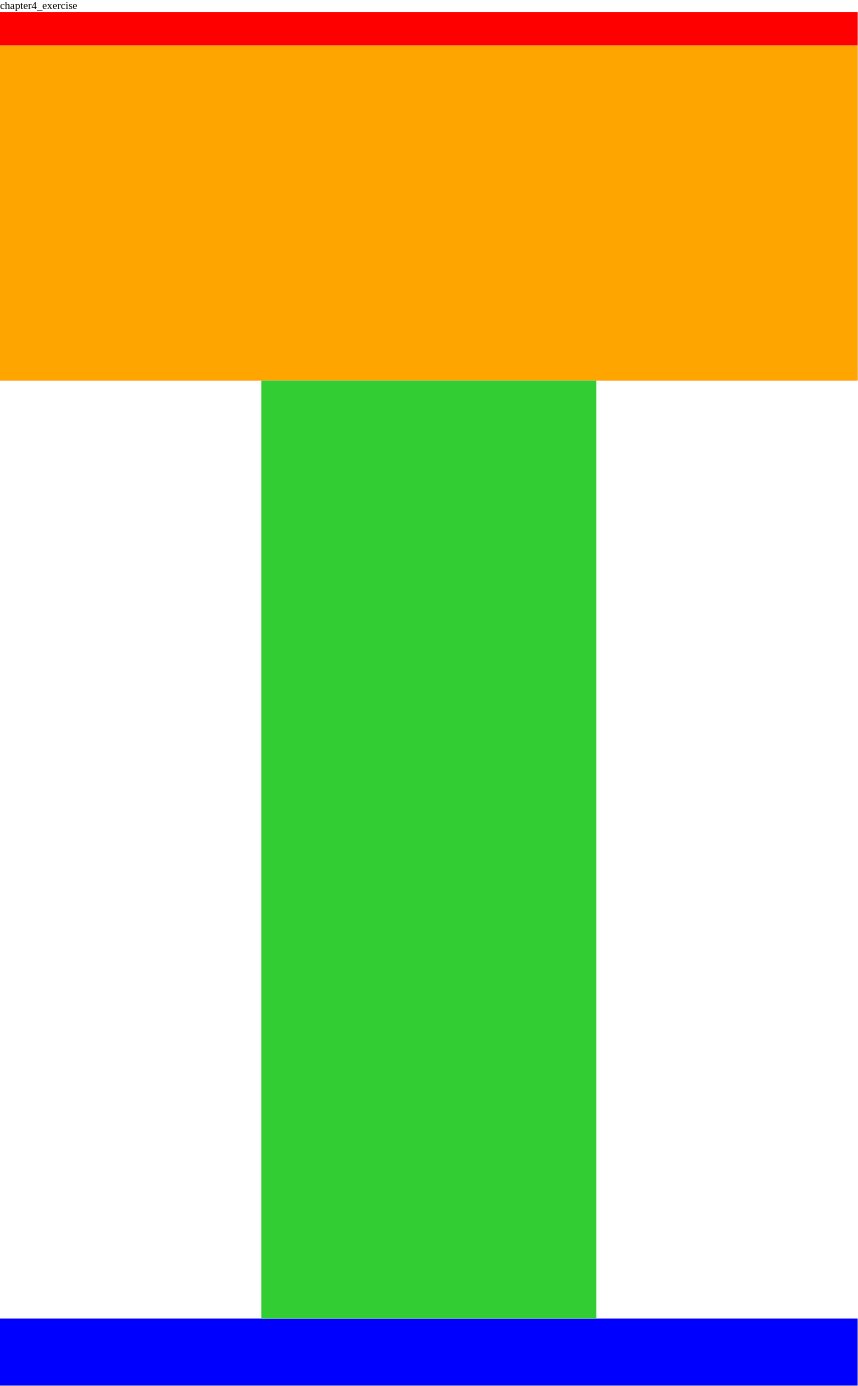
Repository: CarAll02/git-practice
Page: chapter4_exercise/index.html
The author's editor kept a record of every edit. The page is drawn from the files as they stood at one moment, then again after the next edit.
The browser window is 1280 px wide. The pictures show the whole page, at 67% of full size.

Above is the page before.

After the next edit:
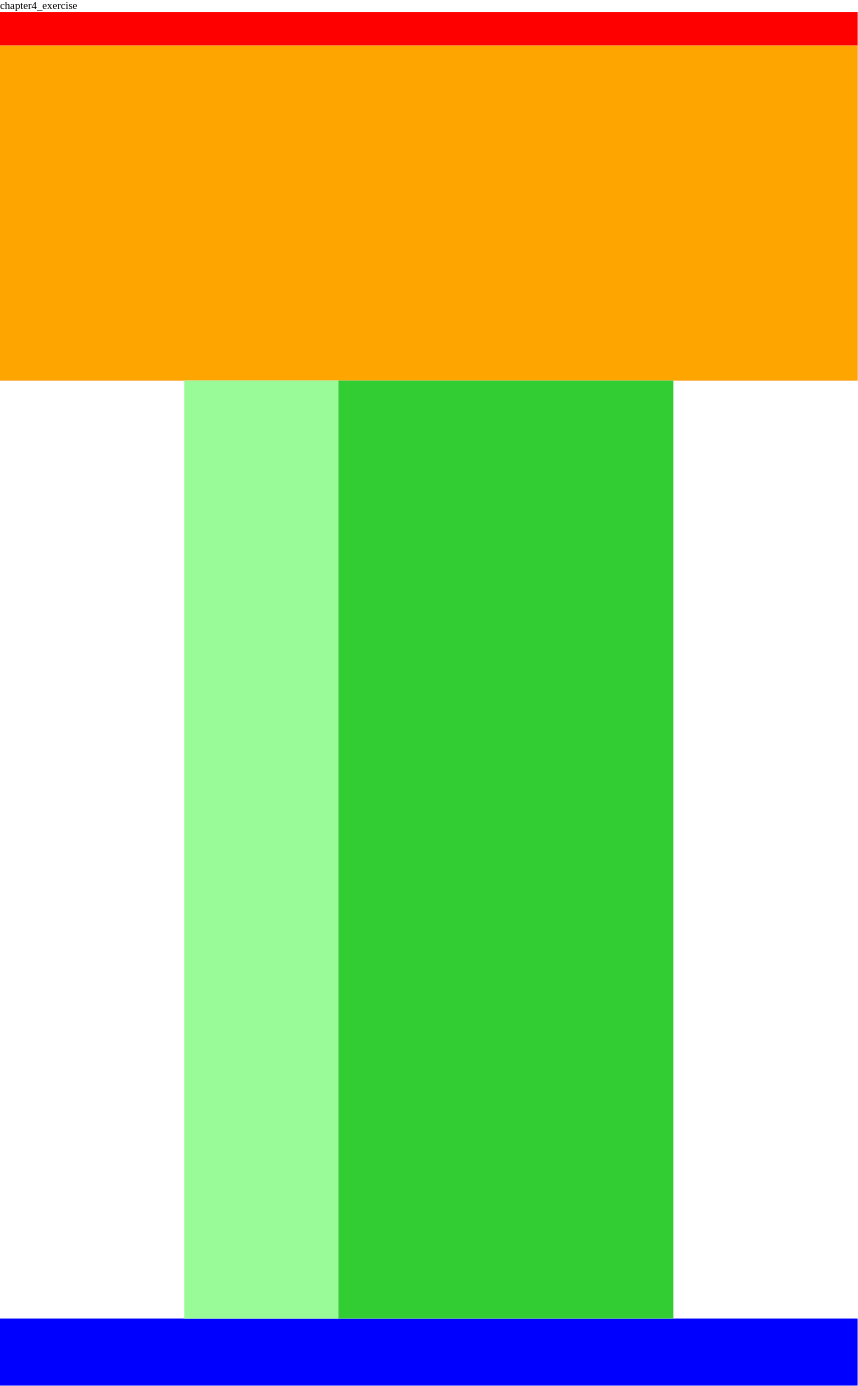
The edit:
--- a/chapter4_exercise/index.html
+++ b/chapter4_exercise/index.html
@@ -13,7 +13,7 @@
     </div>
 
     <div class="main">
-      <div class="left"></div>
+      <div class="side"></div>
       <div class="center"></div>
       <div class="right"></div>
     </div>
